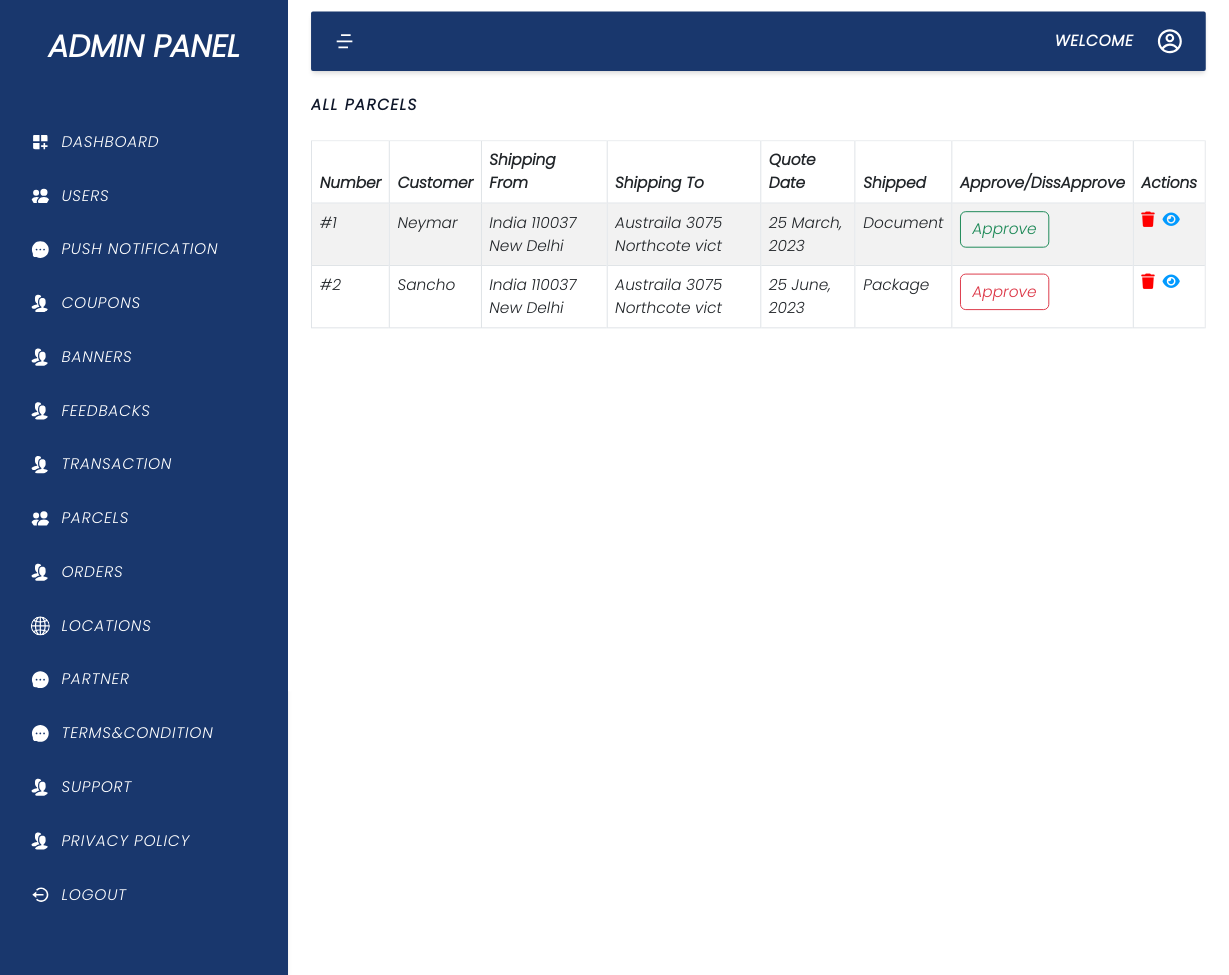
Repository: FlyweisReact/sarita
Page: /astro
The author's editor kept a copy of each file at every save. The page is drawn from the files as they stood at one save, then again after the next save.
The browser window is 1280 px wide. The pictures show the whole page, at 96% of full size.
Some web libraries are served in a nearby version. The project was rebuilt for these pictures with package versions that can differ from the ones it lists, and the page was loaded fresh each time. Also part of the build but not shown: src/vendorPanel/forms/VendorLogin.jsx, src/vendorPanel/pages/AdminDiscount.js, src/vendorPanel/pages/AdminReview.js, src/vendorPanel/pages/Banners.js, src/vendorPanel/pages/Booking.js, src/vendorPanel/pages/Horoscope.js, src/vendorPanel/pages/Kundli.js, src/vendorPanel/pages/Message.js and 8 more.

Above is the page before, as saved 2023-04-19 13:17:57.

### public/index.html
<!-- @format -->

<!DOCTYPE html>
<html lang="en">
  <head>
    <meta charset="utf-8" />
    <meta name="viewport" content="width=device-width, initial-scale=1" />
    <meta name="theme-color" content="#000000" />
    <meta
      name="description"
      content="Web site created using create-react-app"
    />
    <link rel="apple-touch-icon" href="%PUBLIC_URL%/favicon.ico?v=2" />
    <link rel="manifest" href="%PUBLIC_URL%/manifest.json" />
    <link rel="preconnect" href="https://fonts.googleapis.com">
<link rel="preconnect" href="https://fonts.gstatic.com" crossorigin>
<link href="https://fonts.googleapis.com/css2?family=Roboto+Mono:ital,wght@1,300&display=swap" rel="stylesheet">
    <title>Ship24*7</title>
  </head>
  <body>
    <noscript>You need to enable JavaScript to run this app.</noscript>
    <div id="root"></div>
    <script src="https://code.jquery.com/jquery-3.6.0.min.js"></script>
    <script src="https://kit.fontawesome.com/b533b351e4.js" crossorigin="anonymous"></script>
  </body>
</html>

### src/index.js
import React from "react";
import ReactDOM from "react-dom/client";
import "./index.css";
import App from "./App";
import { BrowserRouter } from "react-router-dom";
import 'bootstrap/dist/css/bootstrap.min.css'

const root = ReactDOM.createRoot(document.getElementById("root"));
root.render(
  <React.StrictMode>
    <BrowserRouter>
      <App />
    </BrowserRouter>
  </React.StrictMode>
);

### src/index.css
/** @format */

@tailwind base;
@tailwind components;
@tailwind utilities;
@import url("https://fonts.googleapis.com/css2?family=Roboto+Mono:ital,wght@1,300&display=swap");
@font-face {
  font-family: Roboto;
  src: url("./Fonts/Poppins-LightItalic.ttf");
}
body {
  margin: 0;
  font-family: Roboto !important;
  -webkit-font-smoothing: antialiased;
  -moz-osx-font-smoothing: grayscale;
}

code {
  font-family: Roboto !important;
}

html {
  font-family: Roboto !important;
}

::-webkit-scrollbar {
  width: 10px;
}
.fa-trash {
  color: red;
  cursor: pointer;
}

.iCOn {

  transition: 0.5s;
  box-shadow: none;
  transform: scale(1);
}
.cardDiv{
  cursor: pointer;
}

.cardDiv:hover .iCOn{
  box-shadow: rgba(0, 0, 0, 0.35) 0px 5px 15px;
  transform: scale(1.3);
}

/* Track */
::-webkit-scrollbar-track {
  background: #f1f1f1;
}

/* Handle */
::-webkit-scrollbar-thumb {
  background: #888;
}

/* Handle on hover */
::-webkit-scrollbar-thumb:hover {
  background: #555;
}
.profileImage {
  width: 100px;
}
.fa-eye {
  color: #029aff;
  cursor: pointer;
}
.fa-edit {
  cursor: pointer;
  color: blue;
}

.View {
  border: 1px solid black;
  width: 100%;
  padding: 10px;
}

.main-card--container {
  display: grid;
  grid-template-columns: repeat(3, minmax(300px, 500px));
  grid-gap: 50px;
  justify-content: space-around;
}
.card-container {
  margin: 25px 0 auto;
  box-shadow: rgba(0, 0, 0, 0.35) 0px 5px 15px;
  position: relative;
  display: grid;
  grid-template-columns: 1fr;
  justify-content: space-around;
  align-items: flex-start;
}

.myEdit:focus {
  box-shadow: rgba(0, 0, 0, 0.35) 0px 5px 15px;
}



.AstroLogin{
  color: #fff;
  background-color: #2b7a8e;
  padding: 10px;
  width: 380px;
  text-align: center;
  font-size: 20px;
  background: linear-gradient(to left, #2b7a8e 50%, #fff 50%) right;
  background-size: 200%;
  transition: 0.5s ease-out;
  border: 1px solid #2b7a8e;
  margin-top: 10px;
  text-transform: uppercase;
}
.AstroLogin:hover {
  background-position: left;
  color: #2b7a8e;
}

.EcommerceAdminLogin{
  color: #fff;
  background-color: #19376d ;
  padding: 10px;
  width: 380px;
  text-align: center;
  font-size: 20px;
  background: linear-gradient(to left, #19376d 50%, #fff 50%) right;
  background-size: 200%;
  transition: 0.5s ease-out;
  border: 1px solid #19376d;
  margin-top: 10px;
  text-transform: uppercase;
}

.EcommerceAdminLogin:hover{
  background-position: left;
  color: #19376d;
}
.EcommerceVendorLogin{
  color: #fff;
  background-color: #576cbc;
  padding: 10px;
  width: 380px;
  text-align: center;
  font-size: 20px;
  background: linear-gradient(to left, #576cbc 50%, #fff 50%) right;
  background-size: 200%;
  transition: 0.5s ease-out;
  border: 1px solid #576cbc;
  margin-top: 10px;
  text-transform: uppercase;
}

.EcommerceVendorLogin:hover{
  background-position: left;
  color: #576cbc;
}

.view{
  background-color: #2196f3;
  color: #fff;
  width: 50%;
  padding: 5px;
}


.two-sec{
display:flex;
justify-content: space-evenly;
  justify-content: space-evenly;
}
.two-sec .left{
  width: 60%;
  background-color: #f6f1ef;
  padding: 20px;
 }
 .two-sec .left .head{
  font-size: 25px;
  font-weight: bold;
 }



.two-sec .right{
  width: 30%;
  background-color: #f6f1ef;
 }

 .searchDiv{
  width: 100%;
  display: flex;
  gap: 10px;
  border: 1px solid rgb(179, 179, 179);
  padding: 10px;
  margin-bottom: 20px;
  align-items: center;
 }
 .searchDiv input {
  width: 94%;
  outline: none;
  border: none;
 }

### src/App.js
/** @format */

import { Routes, Route } from "react-router-dom";
import { ToastContainer } from "react-toastify";
import "react-toastify/dist/ReactToastify.css";
import VendorLogin from "./vendorPanel/forms/VendorLogin";
import AdminDiscount from "./vendorPanel/pages/AdminDiscount";
import AdminReview from "./vendorPanel/pages/AdminReview";
import Astrologers from "./vendorPanel/pages/Astrologers";
import Banners from "./vendorPanel/pages/Banners";
import Booking from "./vendorPanel/pages/Booking";
import Horoscope from "./vendorPanel/pages/Horoscope";
import Kundli from "./vendorPanel/pages/Kundli";
import Message from "./vendorPanel/pages/Message";
import UploadDocs from "./vendorPanel/pages/UploadDocs";
import Users from "./vendorPanel/pages/Users";
import VendorDashboard from "./vendorPanel/pages/VendorDashboard.jsx";
import AdminUsers from "./vendorPanel/pages/AdminUsers";
import AdminBlogs from "./vendorPanel/pages/AdminBlogs";
import AdminCategory from "./vendorPanel/pages/AdminCategory";
import Support from "./vendorPanel/pages/Support";
import AdminTerms from "./vendorPanel/pages/AdminTerms";

function App() {
  return (
    <>
      <ToastContainer />

      <Routes>
        <Route path="/" element={<VendorLogin />} />
        <Route path="/vendorDashboard" element={<VendorDashboard />} />
        <Route path="/msg" element={<Message />} />
        <Route path="/admin/users" element={<AdminUsers />} />
        <Route path="/AdminDiscount" element={<AdminDiscount />} />
        <Route path="/Banners" element={<Banners />} />
        <Route path="/adminReviews" element={<AdminReview />} />

        <Route path="/admin/blogs" element={<AdminBlogs />} />
        <Route path="/book" element={<Booking />} />

        <Route path="/horo" element={<Horoscope />} />
        <Route path="/astro" element={<Astrologers />} />
        <Route path="/kundli" element={<Kundli />} />



        <Route path="/uploadDocs" element={<UploadDocs />} />
        <Route path="/privacy-policy" element={<Users />} />
        <Route path="/admin/category" element={<AdminCategory />} />
        <Route path="/admin/support" element={<Support />} />
        <Route path="/admin/terms" element={<AdminTerms />} />

      </Routes>
    </>
  );
}

export default App;

### src/vendorPanel/pages/Astrologers.js
/** @format */

import React, { useState } from "react";
import HOC from "../layout/HOC";
import { Table, Modal, Form, Button, Container } from "react-bootstrap";

const Astrologers = () => {
  const [modalShow, setModalShow] = React.useState(false);
  const [viewModal, setViewModal] = useState(false);

  // Add Astrologer
  function MyVerticallyCenteredModal(props) {
    return (
      <Modal
        {...props}
        size="lg"
        aria-labelledby="contained-modal-title-vcenter"
        centered
      >
        <Modal.Header closeButton>
          <Modal.Title id="contained-modal-title-vcenter" style={{textTransform : 'uppercase'}}>
            Add Astrologer
          </Modal.Title>
        </Modal.Header>
        <Modal.Body>
          <Form>
           <Form.Select className="mb-3">
            <option>--Select --</option>
            <option>R9</option>
            <option>CR7</option>
            <option></option>
           </Form.Select>
            <Button variant="outline-success" type="submit">
              Submit
            </Button>
          </Form>
        </Modal.Body>
      </Modal>
    );
  }

  // View Astrolger
  function ViewModal(props) {
    return (
      <Modal
        {...props}
        size="lg"
        aria-labelledby="contained-modal-title-vcenter"
        centered
      >
        <Modal.Header closeButton>
          <Modal.Title id="contained-modal-title-vcenter" style={{textTransform : 'uppercase'}}>
            View Quote
          </Modal.Title>
        </Modal.Header>
        <Modal.Body>
          <Container>
            <p className="View">
              {" "}
              <strong>Customer :  </strong> Sancho{" "}
            </p>
            <p className="View">
              {" "}
              <strong> Shipping From :  </strong> India 110037 New Delhi{" "}
            </p>
            <p className="View">
              {" "}
              <strong> Shipping To :  </strong> Australia  3075 Northcote
            </p>
            <p className="View">
              {" "}
              <strong> What is getting Shipped :  </strong> Document {" "}
            </p>
            <p className="View">
              {" "}
              <strong>  Weight : </strong> 60 Grams{" "}
            </p>
            <p className="View">
              {" "}
              <strong> Length (cm) : </strong> 60{" "}
            </p>
            <p className="View">
              {" "}
              <strong> Width :  </strong> 40 {" "}
            </p>
            <p className="View">
              {" "}
              <strong>Height (cm) : </strong> 30.0{" "}
            </p>
            <p className="View">
              {" "}
              <strong> Quantity :  </strong> 2{" "}
            </p>
            <p className="View">
              {" "}
              <strong> Shipment Value :  </strong>  $50{" "}
            </p>

          </Container>
        </Modal.Body>
      </Modal>
    );
  }



  return (
    <>
      <MyVerticallyCenteredModal
        show={modalShow}
        onHide={() => setModalShow(false)}
      />
      <ViewModal show={viewModal} onHide={() => setViewModal(false)} />

      <section>
        <div className="pb-4 sticky top-0  w-full flex justify-between items-center bg-white">
          <span className="tracking-widest text-slate-900 font-semibold uppercase ">
            All Parcels
          </span>
        </div>

        <div className="wcomp overflow-x-auto">
          <Table striped bordered hover>
            <thead>
              <tr>
                <th>Number</th>
                <th>Customer</th>
                <th>Shipping From </th>
                <th>Shipping To</th>
                <th>Quote Date</th>
                <th>Shipped</th>
                <th>Approve/DissApprove</th>
                <th>Actions</th>
              </tr>
            </thead>
            <tbody>
              <tr>
              <td>#1</td>
              <td>Neymar</td>
              <td>India 110037 New Delhi</td>
              <td>Austraila 3075 Northcote vict</td>
              <td>25 March, 2023</td>
              <td>Document</td>
              <td>
                <Button variant="outline-success">Approve</Button>
              </td>
                <td>
                  <span className="d-flex gap-2">
                    <i className="fa-solid fa-trash" />
                    <i
                      className="fa-sharp fa-solid fa-eye"
                      onClick={() => setViewModal(true)}
                    ></i>
                  </span>
                </td>
              </tr>
              <tr>
              <td>#2</td>
              <td>Sancho</td>
              <td>India 110037 New Delhi</td>
              <td>Austraila 3075 Northcote vict</td>
              <td>25 June, 2023</td>
              <td>Package</td>
      <td>
      <Button variant="outline-danger">Approve</Button>

      </td>
                <td>
                  <span className="d-flex gap-2">
                    <i className="fa-solid fa-trash" />
                    <i
                      className="fa-sharp fa-solid fa-eye"
                      onClick={() => setViewModal(true)}
                    ></i>
                  </span>
                </td>
              </tr>
            </tbody>
          </Table>
        </div>
      </section>
    </>
  );
};

export default HOC(Astrologers);

### src/vendorPanel/layout/HOC.jsx
import React, { useState } from "react";
import Navbar from "./Navbar";
import Sidebar from "./Sidebar";

const HOC = (Wcomponenet) => {
  return function Component() {
    const [hamb, setHamb] = useState(false);
    return (
      <>
        <section className="flex overflow-x-hidden relative">
          {/* Sidebar */}
          <div
            className={
              hamb
                ? " absolute top-0 z-30 md:w-auto shadow-md bg-slate-200  w-60 transition-all md:-left-full left duration-150  h-auto overflow-y-auto  left-0 "
                : " md:w-72 z-30 bg-slate-200  shadow-md  md:static absolute top-0 -left-full   transition-all duration-150  overflow-y-auto h-auto"
            }
            style={{minWidth : '300px'}}
          >
            <Sidebar hamb={hamb} setHamb={setHamb} />
          </div>
          {/* Components & Navbar */}
          <div
            className={
              hamb
                ? " transition-all px-4 py-2  bg-white duration-150 w-full h-screen"
                : " w-full h-screen  px-4 py-2  bg-white z-50 transition-all duration-150 "
            }
          >
            <Navbar hamb={hamb} setHamb={setHamb} />
            <div className="my-6 text-#000 h-[87%] wcomp overflow-y-auto">
              <Wcomponenet />
            </div>
          </div>
        </section>
      </>
    );
  };
};

export default HOC;

### src/vendorPanel/layout/Navbar.jsx
/** @format */

import { RiMenu4Line } from "react-icons/ri";
import { CgProfile } from "react-icons/cg";
import Form from "react-bootstrap/Form";
import { useState } from "react";
import Button from "react-bootstrap/Button";
import Modal from "react-bootstrap/Modal";
import Container from "react-bootstrap/Container";

function MyVerticallyCenteredModal(props) {
  return (
    <Modal
      {...props}
      size="lg"
      aria-labelledby="contained-modal-title-vcenter"
      centered
    >
      <Modal.Header closeButton>
        <Modal.Title id="contained-modal-title-vcenter">
          Edit Profile
        </Modal.Title>
      </Modal.Header>
      <Modal.Body>
        <Container style={{ width: "600px" }}>
          <Form>
            <Form.Group className="mb-3" controlId="formBasicEmail">
              <Form.Label>Name</Form.Label>
              <Form.Control type="text" placeholder="Admin" />
            </Form.Group>
            <Form.Group className="mb-3" controlId="formBasicPassword">
              <Form.Label>Email Address</Form.Label>
              <Form.Control type="email" placeholder="admin@gmail.com" />
            </Form.Group>
            <Form.Group className="mb-3" controlId="formBasicPassword">
              <Form.Label>Password</Form.Label>
              <Form.Control type="password" placeholder="Password" />
            </Form.Group>
            <Button
              style={{ backgroundColor: "#19376d", borderRadius: "0" }}
              type="submit"
            >
              Edit
            </Button>
          </Form>
        </Container>
      </Modal.Body>
    </Modal>
  );
}

const Navbar = ({ hamb, setHamb }) => {
  const [modalShow, setModalShow] = useState(false);

  return (
    <>
      <MyVerticallyCenteredModal
        show={modalShow}
        onHide={() => setModalShow(false)}
      />

      <div
        className={
          hamb
            ? "flex  w-full justify-between  my-1 rounded-sm  p-4 py-3 shadow-md items-center  bg-slate-200 space-x-4"
            : "flex  w-full justify-between my-1 rounded-sm  p-4 py-3 shadow-md items-center  bg-slate-200 space-x-4"
        }
        style={{ backgroundColor: "#19376d" }}
      >
        <RiMenu4Line
          onClick={() => setHamb(!hamb)}
          className="text-2xl font-bold text-gray-900 hover:scale-90 cursor-pointer"
          style={{ color: "#fff" }}
        />

        <section className="flex sm:ml-auto justify-end sm:w-full items-center space-x-2  pr-2">
          <figcaption className="tracking-wider pl-1 font-semibold">
            <div
              className="lg:text-base text-sm text-gray-900  uppercase"
              style={{ color: "#fff" }}
            >
              Welcome
            </div>
          </figcaption>
        </section>

        <CgProfile
          onClick={() => setModalShow(true)}
          className="text-2xl sm:text-3xl font-bold text-[rgb(241,146,46)] cursor-pointer"
          style={{ color: "#fff" }}
        />
      </div>
    </>
  );
};

export default Navbar;

### src/vendorPanel/layout/Sidebar.jsx
/** @format */

import React from "react";
import { RiCloseLine } from "react-icons/ri";
import { Link, useNavigate } from "react-router-dom";
import { BsFillPeopleFill } from "react-icons/bs";
import { ImUsers } from "react-icons/im";
import { BiLogOutCircle } from "react-icons/bi";
import { MdDashboardCustomize } from "react-icons/md";
import { BsGlobe2 } from "react-icons/bs";
import { AiFillMessage } from "react-icons/ai";

const Sidebar = ({ hamb, setHamb }) => {
  const navigate = useNavigate();

  const nav = [
    {
      icon: <MdDashboardCustomize className="text-xl mr-3 rounded-full " />,
      link: "/vendorDashboard",
      name: "DASHBOARD",
    },
    {
      icon: <BsFillPeopleFill className="text-xl mr-3 rounded-full " />,
      link: "/admin/users",
      name: "USERS",
    },
    {
      icon: <AiFillMessage className="text-xl mr-3 rounded-full " />,
      link: "/msg",
      name: "Push NOTIFICATION",
    },
    {
      icon: <ImUsers className="text-xl mr-3 rounded-full " />,
      link: "/AdminDiscount",
      name: "COUPONS",
    },
    {
      icon: <ImUsers className="text-xl mr-3 rounded-full " />,
      link: "/Banners",
      name: "BANNERS",
    },
    {
      icon: <ImUsers className="text-xl mr-3 rounded-full " />,
      link: "/adminReviews",
      name: "FEEDBACKS",
    },
    {
      icon: <ImUsers className="text-xl mr-3 rounded-full " />,
      link: "/admin/blogs",
      name: "Transaction",
    },
    {
      icon: <BsFillPeopleFill className="text-xl mr-3 rounded-full " />,
      link: "/astro",
      name: "Parcels",
    },

    {
      icon: <ImUsers className="text-xl mr-3 rounded-full " />,
      link: "/book",
      name: "Orders",
    },



    {
      icon: <BsGlobe2 className="text-xl mr-3 rounded-full " />,
      link: "/horo",
      name: "Locations",
    },
    {
      icon: <AiFillMessage className="text-xl mr-3 rounded-full " />,
      link: "/kundli",
      name: "Partner",
    },









    {
      icon: <AiFillMessage className="text-xl mr-3 rounded-full " />,
      link: "/admin/terms",
      name: "TERMS&CONDITION",
    },
    {
      icon: <ImUsers className="text-xl mr-3 rounded-full " />,
      link: "/admin/support",
      name: "SUPPORT",
    },
    {
      icon: <ImUsers className="text-xl mr-3 rounded-full " />,
      link: "/privacy-policy",
      name: "PRIVACY POLICY",
    },

  ];

  const logOut = () => {
    navigate("/");
  };

  return (
    <>
      <aside
        className="p-4 h-auto"
        style={{ backgroundColor: "#19376d", minHeight: "100vh" }}
      >
        {/* Top */}
        <div className="w-full md:hidden relative  p-2 mb-4">
          <RiCloseLine
            onClick={() => setHamb(!hamb)}
            className="text-3xl  absolute top-2 sm:hover:rotate-[228deg] transition-transform font-bold right-2 sm:hover:text-[22px] text-[rgb(241,146,46)] cursor-pointer"
          />
        </div>{" "}
        <figure className="flex  flex-col items-center">
          <span className="font-bold text-[#fff]" style={{ fontSize: "2rem"  , textAlign : 'center'}}>
            ADMIN PANEL
          </span>
        </figure>
        <nav className="py-6">
          {nav.map((nav) => {
            return (
              <Link
                to={nav.link}
                key={nav.name}
                className=""
                style={{ textDecoration: "none"  , textTransform : 'uppercase'}}
              >
                <span
                  className="flex my-3 items-center cursor-pointer text-gray-900    tracking-wider p-2 rounded-sm"
                  style={{ color: "#fff" }}
                >
                  {nav.icon} {nav.name}
                </span>
              </Link>
            );
          })}
          <span
            className="flex my-3 items-center cursor-pointer text-gray-900    tracking-wider p-2 rounded-sm"
            onClick={() => logOut()}
            style={{ color: "#fff", textTransform : 'uppercase' }}
          >
            <BiLogOutCircle className="text-xl mr-3 rounded-full " /> LogOut
          </span>
        </nav>
      </aside>
    </>
  );
};

export default Sidebar;

Loaded but not shown: tailwind.config.js (common file)

After the next save:
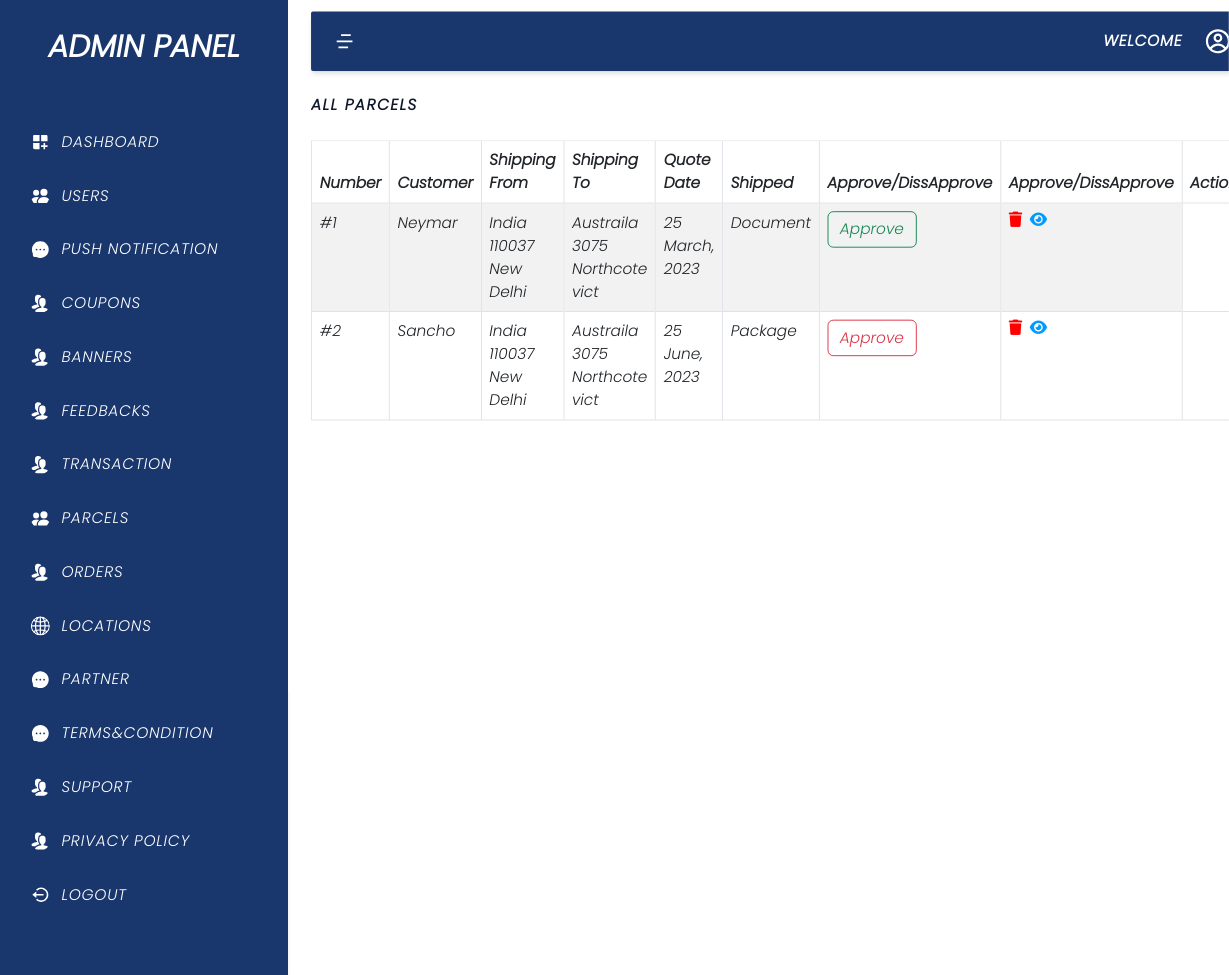
Saved 10 s later.
--- a/src/vendorPanel/pages/Astrologers.js
+++ b/src/vendorPanel/pages/Astrologers.js
@@ -130,6 +130,7 @@ const Astrologers = () => {
                 <th>Quote Date</th>
                 <th>Shipped</th>
                 <th>Approve/DissApprove</th>
+                <th>Approve/DissApprove</th>
                 <th>Actions</th>
               </tr>
             </thead>
